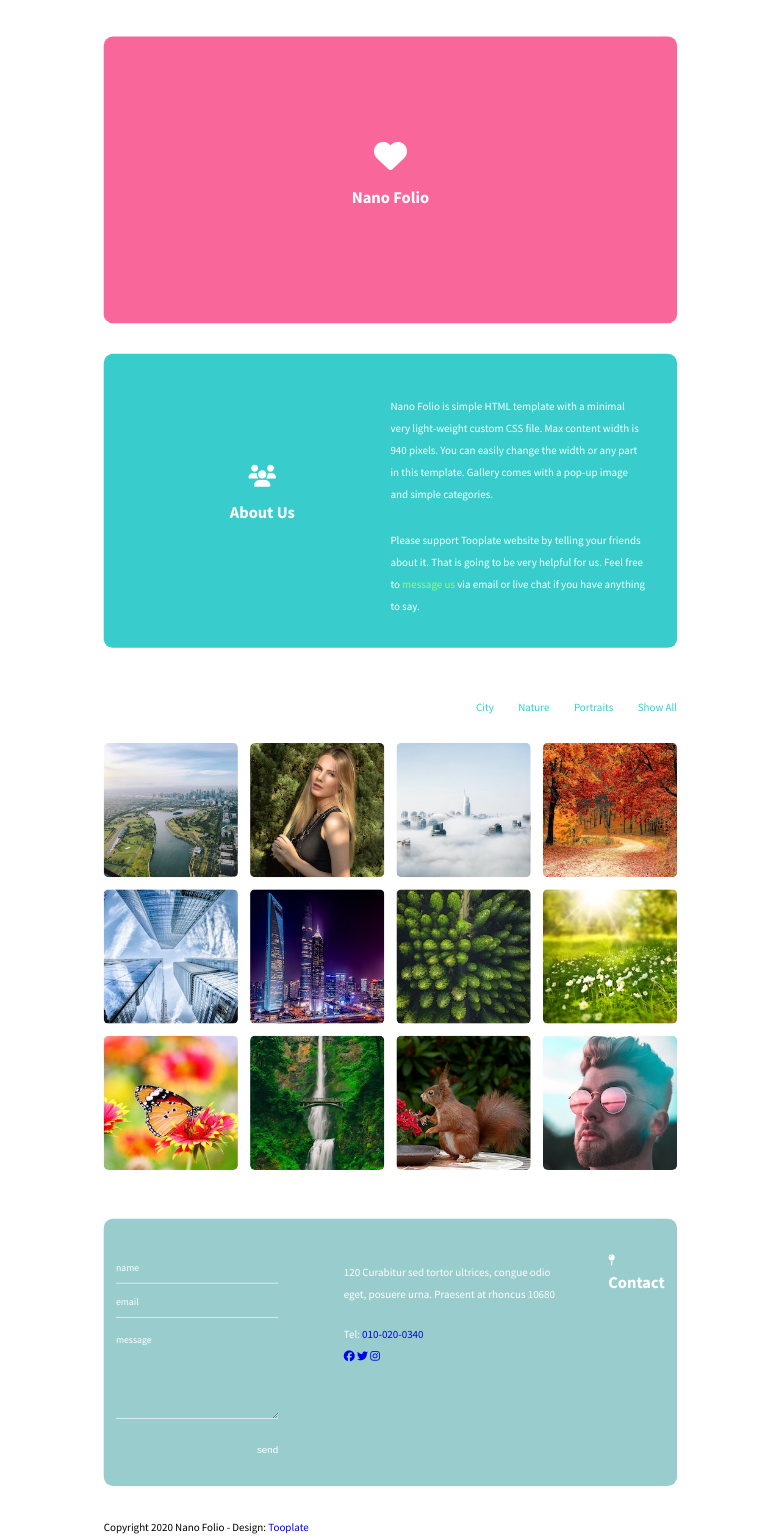
Repository: BuiVanVu102/Tooplate
Page: index.html
The author's editor kept a copy of each file at every save. The page is drawn from the files as they stood at one save, then again after the next save.
The browser window is 1280 px wide. The pictures show the whole page, at 61% of full size.
Some web libraries are served in a nearby version. The style sheet was rebuilt from its Sass, Less or Tailwind sources for each picture, by a compiler version that may differ from the author's.

Above is the page before, as saved 2021-11-16 18:51:48.

### index.html
<!DOCTYPE html>
<html lang="en">
<head>
	<meta charset="UTF-8">
	<meta http-equiv="X-UA-Compatible" content="IE=edge">
	<meta name="viewport" content="width=device-width, initial-scale=1.0">
	<link rel="preconnect" href="https://fonts.googleapis.com">
	<link rel="preconnect" href="https://fonts.gstatic.com" crossorigin>
	<link href="https://fonts.googleapis.com/css2?family=Source+Sans+Pro:wght@400;700&display=swap" rel="stylesheet">
	<link rel="stylesheet" href="./css/app.css">
	<title>Nano Folio - Live View</title>
</head>
<body>
		<div class="wrapper">
			<main>
				<section class="first">
					<div class="container">
						<div class="first__container">
							<i class="fas fa-heart fa-3x"></i>
							<h1 class="first__name">Nano Folio</h1>
						</div>
					</div>
				</section>
				<section class="about">
					<div class="container">
						<div class="about__container">
							<div class="about__heading">
								<i class="fas fa-users fa-2x"></i>
								<h2 class="about__name">
									About Us
								</h2>
							</div>
							<div class="about__desc">
								<p class="about__typography1">
									Nano Folio is simple HTML template with a minimal very light-weight custom CSS file. Max content width is 940 pixels. You can easily change the width or any part in this template. Gallery comes with a pop-up image and simple categories.
								</p>
								<p class="about__typography2">
									Please support Tooplate website by telling your friends about it. That is going to be very helpful for us. Feel free to <a rel="nofollow" href="https://www.tooplate.com/contact" target="_blank" style="color: #99FF66;">message us</a>  via email or live chat if you have anything to say.
								</p>
							</div>
						</div>
					</div>
				</section>
				<section class="show">
					<div class="container">
						<div class="show__container">
							<div class="show__header">
								<ul class="menu">
									<li class="menu__item"><a href="#!">City</a></li>
									<li class="menu__item"><a href="#!">Nature</a></li>
									<li class="menu__item"><a href="#!">Portraits</a></li>
									<li class="menu__item"><a href="#!">Show All</a></li>
								</ul>
							</div>
							<div class="show__list">
								<div class="show__img">
									<img src="./images/city-1.jpg" alt="">
								</div>
								<div class="show__img">
									<img src="./images/human-1.jpg" alt="">
								</div>
								<div class="show__img">
									<img src="./images/city-2.jpg" alt="">
								</div>
								<div class="show__img">
									<img src="./images/nature-1.jpg" alt="">
								</div>
								<div class="show__img">
									<img src="./images/city-3.jpg" alt="">
								</div>
								<div class="show__img">
									<img src="./images/city-4.jpg" alt="">
								</div>
								<div class="show__img">
									<img src="./images/nature-2.jpg" alt="">
								</div>
								<div class="show__img">
									<img src="./images/nature-3.jpg" alt="">
								</div>
								<div class="show__img">
									<img src="./images/nature-4.jpg" alt="">
								</div>
								<div class="show__img">
									<img src="./images/nature-5.jpg" alt="">
								</div>
								<div class="show__img">
									<img src="./images/nature-6.jpg" alt="">
								</div>
								<div class="show__img">
									<img src="./images/human-2.jpg" alt="">
								</div>

							</div>
						</div>
					</div>
				</section>
				<section class="form">
					<div class="container">
						<div class="form__container">
							<div class="form__submit">
								<input type="text" name="" id="" placeholder="name">
								<input type="email" name="" id="" placeholder="email">
								<textarea name="" id="" cols="30" rows="10" placeholder="message"></textarea>
								<button type="submit">send</button>
							</div>
							<div class="form__info">
								<address class="form__adress">120 Curabitur sed tortor ultrices, congue odio eget, posuere urna. Praesent at rhoncus 10680</address>
								<div class="form__phone">
									Tel: <a href="tel:0100200340">010-020-0340</a>
								</div>
								<div class="form__network">
									<a href="https://facebook.com"><i class="fab fa-facebook"></i></a>
									<a href="https://twitter.com"><i class="fab fa-twitter"></i></a>
									<a href="https://instagram.com"><i class="fab fa-instagram"></i></a>

								</div>
							</div>
							<div class="form__contact">
								<i class="fas fa-map-pin"></i>
								<h2 class="form__text">
									Contact
								</h2>
							</div>
						</div>
					</div>
				</section>
			</main>
			<footer class="footer">
				<div class="container">
					<div class="footer__container">

					Copyright 2020 Nano Folio - Design: <a rel="sponsored" href="https://www.tooplate.com">Tooplate</a>
					</div>
				</div>
			</footer>
		</div>
		<script src="https://kit.fontawesome.com/33b4a28a88.js" crossorigin="anonymous"></script>
</body>
</html>

### sass/app.scss
@import 'variable';
@import 'reset';
@import 'global';
@import 'first';
@import 'about';
@import 'show';
@import 'form';

### sass/_variable.scss
$font: 'Source Sans Pro', sans-serif;
$text-color: #ffff;
$title-color: #38cccc;

### sass/_reset.scss
html {
	box-sizing: border-box;
  }
  * {
	margin: 0;
	padding: 0;
  }
  *,
  *:before,
  *:after {
	box-sizing: border-box;
  }
  input,
  textarea,
  select,
  button {
	outline: none;
  }
  input {
	line-height: normal;
  }
  label,
  button {
	cursor: pointer;
  }
  a {
	text-decoration: none;
  }
  img {
	display: block;
	max-width: 100%;
  }

### sass/_global.scss
body {
	line-height: 2em;
	color: $font;
	font-size: 18px;
	font-family: $font;
	font-weight: 400;
	background-color: white;
	overflow-x: hidden;
}

.wrapper {
	max-width: 100%;
	margin: 0 auto;
}
.container {
	width: 100%;
	max-width: 970px;
	margin: 0 auto;
	padding: 0px 15px;
}

### sass/_first.scss
.first {
	margin-top: 60px;
	&__container{
		display: flex;
		flex-direction: column;
		justify-content: center;
		align-items: center;
		border-radius: 15px;
		max-width: 940px;
		height: 470px;
		background-color: #f96699;
		color: white;
		margin-bottom: 50px;

	}
	&__name {
		margin: 22px 0;
	}
}
.fa-hear:before {
	content: "\f004";
}

### sass/_about.scss
.about {
	margin-top: 0px;
	&__container {
		display: flex;
		justify-content: center;
		align-items: center;

		padding: 50px 50px;
		margin-bottom: 80px;

		height: 482px;
		max-width: 940px;
		background-color: #38cccc;
		color: white;

		border-radius: 15px;
	}
	&__heading {
		display: flex;
		flex-direction: column;
		align-items: center;
		justify-content: center;

		min-width: 420px;
	}
	&__name {
		margin:  22px 0;
		font-size: 1.5em;
		font-weight: bold;
	}
	&__decs {
		display: flex;
		flex-direction: column;
		justify-content: center;
		align-items: center;
	}
	&__typography1 {
		display: block;
		margin: 18px 0 40px;
		font: 18px;
	}
	&__typography2 {
		display: block;
		margin: 18px 0 0;
		font: 18px;
	}
}
.fa-user:before {
	content: "\f0c0";
}

### sass/_show.scss
.show {
	margin-bottom: 80px;
	&__container {
		display: block;
	}
	&__header {
		display: flex;
		justify-content: flex-end;
		align-items: center;
		margin-bottom: 40px;
		color: #38CCCC;
	}
	&__list {
		display: grid;
		grid-template-columns: repeat(4, 1fr);
		gap: 20px;

		position: relative;
	}
	&__img img{
		width: 220px;
		height: 220px;
		border-radius: 0.5rem;
	}

}

.menu {
	list-style: none;
	display: flex;
	align-items: center;
	gap: 0 40px;


	&__item a {
		color: inherit;
		font-size: 18px;
	}
	&__item a:focus{
		color: #f96699;
	}
}

### sass/_form.scss
.form {
	margin-bottom: 50px;
	&__container {
		display: flex;
		justify-content: space-between;
		align-self: center;

		max-width: 940px;
		height: 438px;

		color: white;
		background-color: #99CCCC;

		padding: 50px 20px;

		border-radius: 15px;
	}
	&__submit  input{
		display: block;
		font-family: $font;
		font-size: 1rem;
		background: transparent;
		color: white;
		border: 0;
		border-bottom: 1px solid white;
		padding: 15px 0;
		margin-top: 5px;
		margin-bottom: 5px;
		width: 100%;
	}
	&__submit textarea {
		font-family: $font;
		font-size: 1rem;
		background:transparent;
		border: 0;
		border-bottom: 1px solid white;
		color: white;
		padding: 15px 0;
		margin: 5px 0 30px;
		max-width: 100%;
		max-height: 156px;
	}
	&__submit input:focus-visible {
		outline-offset: 0px;
		outline: -webkit-focus-color auto 1px;
		outline-color: -webkit-focus-ring-color;
		outline-style: auto;
		outline-width: 1px;
	}
	&__submit textarea:focus-visible {
		outline-offset: 0px;
		outline: -webkit-focus-ring-color auto 1px;
		outline-color: -webkit-focus-ring-color;
		outline-style: auto;
		outline-width: 1px;
	}
	&__submit button {
		display: block;

		background: none;
		color: white;
		font-size: 1rem;
		border: 0;
		cursor: pointer;
		transition: all 0.3s ease;

		margin-left: auto;
		margin-right: 0;
	}
	&__submit button:hover {
		color: black;
	}
	&__submit button:focus-visible {
		outline-offset: 0px;
		outline: -webkit-focus-ring-color auto 1px;
		outline-color: -webkit-focus-ring-color;
		outline-style: auto;
		outline-width: 1px;
	}
	&__info {
		display: block;

		padding: 20px 0 34px 34px;
	}
	&__adress{
		display: block;
		margin-bottom: 30px;
		font-style: normal;
		font-size: 18px;

		max-width: 360px;
	}
}
::placeholder {
	color: white;

}

After the next save:
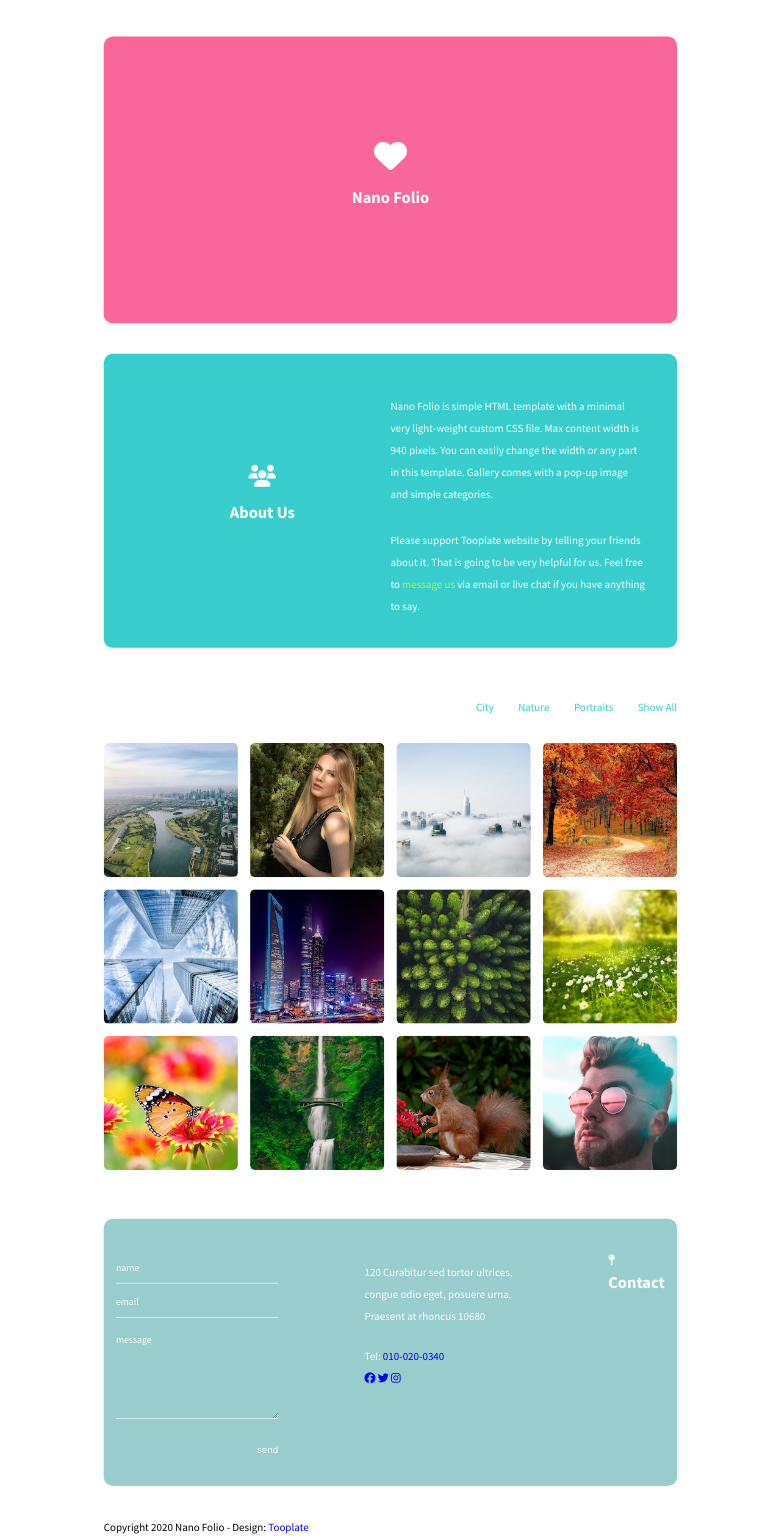
Saved 75 s later.
--- a/sass/_form.scss
+++ b/sass/_form.scss
@@ -88,7 +88,7 @@
 		font-style: normal;
 		font-size: 18px;
 
-		max-width: 360px;
+		max-width: 292px;
 	}
 }
 ::placeholder {
